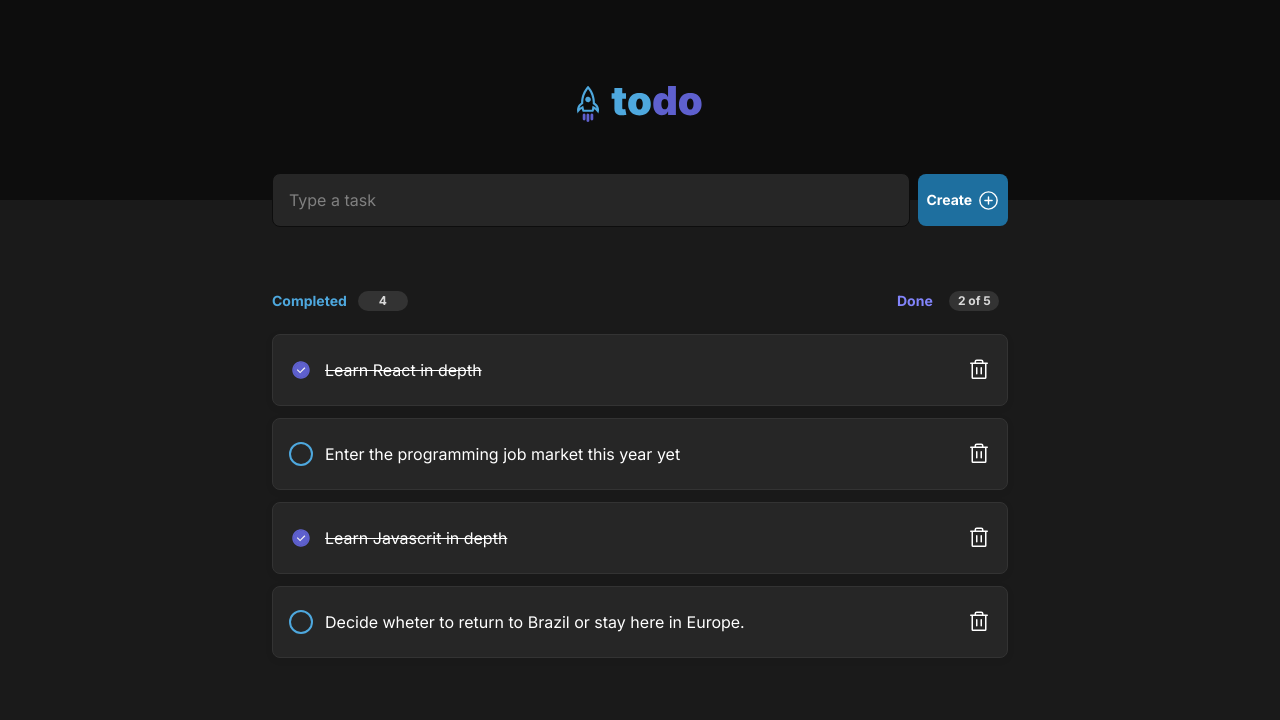
Repository: JoseGu1llardi/to-do-list-D01
Page: /
The author's editor kept a copy of each file at every save. The page is drawn from the files as they stood at one save, then again after the next save.
The browser window is 1280 px wide. The pictures show the whole page.
The project was rebuilt for these pictures with package versions that can differ from the ones it lists, and the page was loaded fresh each time. Requests to the local data server were answered from the project's data file. Also part of the build but not shown: vite.config.ts.

Above is the page before, as saved 2023-03-14 20:47:12.

### index.html
<!DOCTYPE html>
<html lang="en">
  <head>
    <meta charset="UTF-8" />

    <link rel="preconnect" href="https://fonts.googleapis.com" />
    <link rel="preconnect" href="https://fonts.gstatic.com" crossorigin />

    <link
      href="https://fonts.googleapis.com/css2?family=Inter:wght@400;700&display=swap"
      rel="stylesheet"
    />

    <link rel="icon" type="image/svg+xml" href="/vite.svg" />
    <meta name="viewport" content="width=device-width, initial-scale=1.0" />
    <title>Vite + React + TS</title>
  </head>
  <body>
    <div id="root"></div>
    <script type="module" src="/src/main.tsx"></script>
  </body>
</html>

### src/App.tsx
import { TaskProvider } from './contexts/TaskContext';

import { Header } from "./components/Header";
import { NewTaskForm } from './components/NewTaskForm';
import { TasksList } from "./components/TasksList";

import styles from './App.module.css';
import "./global.css";

function App() {
  return (
    <TaskProvider>
      <Header />

      <NewTaskForm />

      <div className={styles.tasksContainer}>
        <TasksList />
      </div>
    </TaskProvider>
  )
}

export default App

### src/contexts/TaskContext.tsx
import { useState, useEffect, createContext, ReactNode, Dispatch, SetStateAction } from 'react';

import api from '../services/api';

export interface TaskType {
    id: string;
    content: string;
    status: boolean;
}

interface TaskProviderProps {
    children: ReactNode;
}

interface TaskConstextData {
    tasks: TaskType[];
    setTasks: Dispatch<SetStateAction<TaskType[]>>
}

export const TaskContext = createContext({} as TaskConstextData);

export function TaskProvider({ children }: TaskProviderProps) {
    const [tasks, setTasks] = useState<TaskType[]>([]);

    useEffect(() => {
        api.get("/tasks")
            .then(({ data }) => setTasks(data))
    }, []);

    return (
        <TaskContext.Provider value={{ tasks, setTasks }}>
            {children}
        </TaskContext.Provider>
    )
}

### src/components/Header/index.tsx
import Logo from '../../assets/Logo (1).svg'

import styles from './styles.module.css';

export function Header() {
    return (
        <header className={styles.container}>
            <img src={Logo} />
        </header>
    )
}

### src/components/NewTaskForm/index.tsx
import { useState, useContext, FormEvent } from 'react';

import { v4 as uuidv4 } from 'uuid';

import api from '../../services/api';

import { TaskContext, TaskType } from '../../contexts/TaskContext';

import { PlusCircle } from '@phosphor-icons/react';

import styles from './styles.module.css';

export function NewTaskForm() {
    const [contentNewTask, setContentNewTask] = useState("");

    const { setTasks, tasks } = useContext(TaskContext);

    async function handleCreateNewTask(event: FormEvent) {
        event.preventDefault();

        try {
            if (contentNewTask !== "") {
                const res = await api.post("/tasks", { id: uuidv4(), content: contentNewTask, status: false });
                setTasks(state => [...state, res.data]);
            } else {
                alert("Enter a new task!");
            }

        } catch (err) {
            console.log(err);
        }
    }

    return (
        <form onSubmit={handleCreateNewTask} className={styles.newTaskContainer}>
            <input
                type="text"
                className={styles.input}
                placeholder='Type a task'
                value={contentNewTask}
                onChange={(e) => setContentNewTask(e.target.value)}
            />

            <button type='submit' className={styles.button}>
                <span>Create</span>
                <PlusCircle size={23} />
            </button>
        </form>
    )
}

### src/components/TasksList/index.tsx
import { useContext } from 'react';

import { TaskContext } from '../../contexts/TaskContext';

import { Task } from '../Task';

import Clipboard from '../../assets/Clipboard.svg';

import styles from './styles.module.css';

export function TasksList() {
    const { tasks } = useContext(TaskContext);

    return (
        <>
            <section className={styles.info}>

                <div className={styles.created}>
                    <span>Completed</span>
                    <div className={styles.counterCreated}>
                        <p>{tasks.length}</p>
                    </div>
                </div>

                <div className={styles.done}>
                    <span>Done</span>
                    <div className={styles.doneCreated}>
                        <span>2 of 5</span>
                    </div>
                </div>

            </section>

            {
                tasks.length === 0 ? (
                    <section className={styles.tasks}>
                        <img src={Clipboard} alt="" />
                        <strong>You don't have tasks registered yet!</strong>
                        <span>Create tasks and organize your to-do list</span>
                    </section>
                ) : (
                    <section className={styles.list}>
                        {
                            tasks.map((task) => (
                                <Task
                                    key={task.id}
                                    content={task.content}
                                    status={task.status}
                                    id={task.id} />
                            ))
                        }
                    </section>
                )
            }
        </>
    )
}

### src/App.module.css
.tasksContainer {
  display: flex;
  flex-direction: column;
  align-items: flex-start;
  padding: 0px;
  gap: 24px;

  position: absolute;
  width: 736px;
  height: 287px;
  left: calc(50% - 736px / 2);
  top: 291px;
}

### src/global.css
:root {
  // Base
  --gray-100: #f2f2f2;
  --gray-200: #d9d9d9;
  --gray-300: #808080;
  --gray-400: #333333;
  --gray-500: #262626;
  --gray-600: #1a1a1a;
  --gray-700: #0d0d0d;

  --danger: #e25858;

  // Product
  --purple: #8284fa;
  --dark-purple: #5e60ce;
  --blue: #4ea8de;
  --dark-blue: #1e6f9f;
}

* {
  margin: 0;
  padding: 0;
  box-sizing: border-box;
}

body {
  color: #fff;
  background: var(--gray-600);

  width: 100%;
  height: 100%;
  max-height: 1024px;
  position: relative;
}

body,
input,
textarea,
button {
  font-family: "Inter", sans-serif;
  font-weight: 400;
  font-size: 1rem;
}

### src/services/api.ts
import axios from 'axios';

const api = axios.create({
    baseURL: "http://localhost:3000"
});

export default api;

### src/components/Header/styles.module.css
.container {
  position: absolute;
  height: 12.5rem;
  max-width: 100%;
  left: 0;
  right: 0;
  top: 0;

  display: flex;
  align-items: center;
  justify-content: center;

  background: var(--gray-700);
}

.container img {
  position: absolute;
  width: 7.875rem;
  height: 3rem;
}

### src/components/NewTaskForm/styles.module.css
.newTaskContainer {
  display: flex;
  flex-direction: row;
  align-items: center;
  padding: 0px;
  gap: 8px;

  position: absolute;
  width: 46rem;
  height: 3.375rem;
  left: calc(50% - 736px / 2);
  top: 10.8125rem;
}

.input {
  box-sizing: border-box;

  display: flex;
  flex-direction: row;
  align-items: center;
  padding: 16px;
  gap: 8px;

  width: 638px;
  height: 54px;

  background: var(--gray-500);
  color: #fff;

  border: 1px solid var(--gray-700);
  border-radius: 8px;

  flex: none;
  order: 0;
  flex-grow: 1;
}

.input:focus {
  outline: transparent;
  box-shadow: 0 0 0 2px var(--dark-purple);
}

.input::placeholder {
  color: var(--gray-300);
}

.button {
  width: 90px;
  height: 52px;

  display: flex;
  flex-direction: row;
  align-items: center;
  justify-content: center;
  gap: 16px;

  border: 0;
  border-radius: 8px;

  background: var(--dark-blue);
  color: white;

  cursor: pointer;

  transition: filter 0.2s;
}

.button span {
  width: 34px;
  height: 20px;

  font-weight: 700;
  font-size: 14px;
  line-height: 140%;

  color: var(--gray-100);

  flex: none;
  order: 0;
  flex-grow: 0;
}

.button img {
  width: 16px;
  height: 16px;

  flex: none;
  order: 1;
  flex-grow: 0;
}

.button:hover {
  background: var(--blue);
  filter: brightness(0.8);
}

### src/components/Task/index.tsx
import { useState, useContext, ChangeEvent } from 'react';

import api from '../../services/api';

import { TaskContext } from '../../contexts/TaskContext';

import { Trash } from '@phosphor-icons/react'

import styles from './styles.module.css';

interface TasksProps {
    id: string;
    content: string;
    status: boolean;
}[]

export function Task({ content, status, id }: TasksProps) {
    const [isChecked, setIsChecked] = useState(status);

    async function changeTaskStatus(event: ChangeEvent<HTMLInputElement>) {
        const response = await api.patch(`/tasks/${id}`, {
            status: event.target.checked
        });

        setIsChecked(response.data.status);
    }

    return (
        <section className={styles.task}>
            <div>
                <input
                    id='checked'
                    type="checkbox"
                    checked={isChecked}
                    onChange={changeTaskStatus}
                />
                <span
                    className={isChecked ? styles.isChecked : ''}
                >
                    {content}
                </span>
            </div>
            <Trash size={20} />
        </section>
    )
}

### src/components/TasksList/styles.module.css
.info {
  display: flex;
  flex-direction: row;
  justify-content: space-between;
  align-items: flex-end;
  padding: 0px;

  width: 736px;
  height: 19px;

  flex: none;
  order: 0;
  align-self: stretch;
  flex-grow: 0;
}

.created {
  display: flex;
  flex-direction: row;
  align-items: center;
  padding: 0px;
  gap: 8px;

  width: 139px;
  height: 19px;

  order: 0;
  flex-grow: 0;
}

.created span {
  font-family: "Inter";
  font-style: normal;
  font-weight: 700;
  font-size: 14px;
  line-height: 17px;

  color: var(--blue);

  flex: none;
  order: 0;
  flex-grow: 0;
}

.counterCreated {
  display: flex;
  flex-direction: row;
  justify-content: center;
  align-items: center;
  padding: 2px 8px;
  gap: 10px;
  margin: 0 auto;

  width: 50px;
  height: 20px;

  background: #333333;
  border-radius: 999px;

  order: 1;
  flex-grow: 0;
}

.counterCreated p {
  display: flex;
  flex-direction: row;
  font-style: normal;
  font-weight: 700;
  font-size: 12px;
  line-height: 15px;

  color: var(--gray-200);
}

.done {
  display: flex;
  box-sizing: border-box;
  flex-direction: row;
  align-items: center;
  padding: 0px;
  gap: 8px;

  width: 111px;
  height: 19px;

  order: 1;
  flex-grow: 0;
}

.done span {
  font-family: "Inter";
  font-style: normal;
  font-weight: 700;
  font-size: 14px;
  line-height: 17px;

  color: #8284fa;

  flex: none;
  order: 0;
  flex-grow: 0;
}

.doneCreated {
  display: flex;
  flex-direction: row;
  justify-content: center;
  box-sizing: border-box;
  align-items: center;
  padding: 2px 8px;
  gap: 10px;
  margin: 0 auto;

  width: 50px;
  height: 20px;

  background: #333333;
  border-radius: 999px;

  order: 1;
  flex-grow: 0;
}

.doneCreated span {
  display: flex;
  flex-direction: row;
  font-style: normal;
  font-weight: 700;
  font-size: 12px;
  line-height: 15px;

  color: var(--gray-200);
}

.tasks {
  box-sizing: border-box;

  display: flex;
  flex-direction: column;
  justify-content: center;
  align-items: center;
  padding: 64px 24px;
  gap: 16px;

  width: 736px;
  height: 244px;

  border-top: 1px solid #333333;
  border-radius: 8px;

  flex: none;
  order: 1;
  align-self: stretch;
  flex-grow: 0;
}

.tasks img {
  width: 56px;
  height: 56px;

  flex: none;
  order: 0;
  flex-grow: 0;
}

.tasks strong {
  display: block;
  font-style: normal;
  font-weight: 700;
  font-size: 16px;

  text-align: center;

  color: var(--gray-300);

  flex: none;
  align-self: stretch;
  flex-grow: 0;
}

.tasks span {
  font-style: normal;
  font-weight: 300;
  font-size: 16px;

  color: var(--gray-300);
}

.list {
  display: flex;
  flex-direction: column;
  align-items: flex-start;
  padding: 0px;
  gap: 12px;

  width: 736px;
  height: 382px;

  /* Inside auto layout */

  flex: none;
  order: 1;
  flex-grow: 0;
}

### src/components/Task/styles.module.css
.task {
  box-sizing: border-box;

  display: flex;
  flex-direction: row;
  align-items: center;
  flex-direction: row;
  justify-content: space-between;
  padding: 16px;
  gap: 12px;

  width: 736px;
  height: 72px;

  /* Gray 500 */

  background: #262626;
  /* Gray 400 */

  border: 1px solid #333333;
  box-shadow: 0px 2px 8px rgba(0, 0, 0, 0.06);
  border-radius: 8px;

  flex: none;
  order: 0;
  align-self: stretch;
  flex-grow: 0;
}

.task div {
  display: flex;
  flex-direction: row;
  align-items: center;
  flex-direction: row;
  gap: 12px;
}

.isChecked {
  text-decoration: line-through;
}

.task input[type="checkbox"] {
  -webkit-appearance: none;
  -moz-appearance: none;

  width: 24px;
  height: 24px;

  border: 2px solid var(--blue);
  border-radius: 50%;
  outline: none;

  background-color: transparent;
  background-position: center;
  background-repeat: no-repeat;

  cursor: pointer;

  flex: none;
  order: 0;
  flex-grow: 0;
}

.task input[type="checkbox"]:checked {
  width: 24px;
  height: 24px;

  transition-duration: all 1s ease;

  border: none;
  background-image: url("./../../assets/Layer 1.svg");
}

.task svg {
  display: flex;
  float: right;
  width: 24px;
  height: 24px;

  border-radius: 4px;

  flex: none;
  order: 2;
  flex-grow: 0;
}

.task svg:hover {
  background: #333333;
  border-radius: 4px;

  color: var(--danger);

  flex: none;
  order: 1;
  flex-grow: 0;

  cursor: pointer;
}

### src/db.json
{
  "tasks": [
    {
      "id": "1",
      "content": "Learn React in depth",
      "status": true
    },
    {
      "id": "2",
      "content": "Enter the programming job market this year yet",
      "status": false
    },
    {
      "id": "3",
      "content": "Learn Javascrit in depth",
      "status": true
    },
    {
      "id": "4",
      "content": "Decide wheter to return to Brazil or stay here in Europe.",
      "status": false
    }
  ]
}

Loaded but not shown: src/main.tsx (common file)

After the next save:
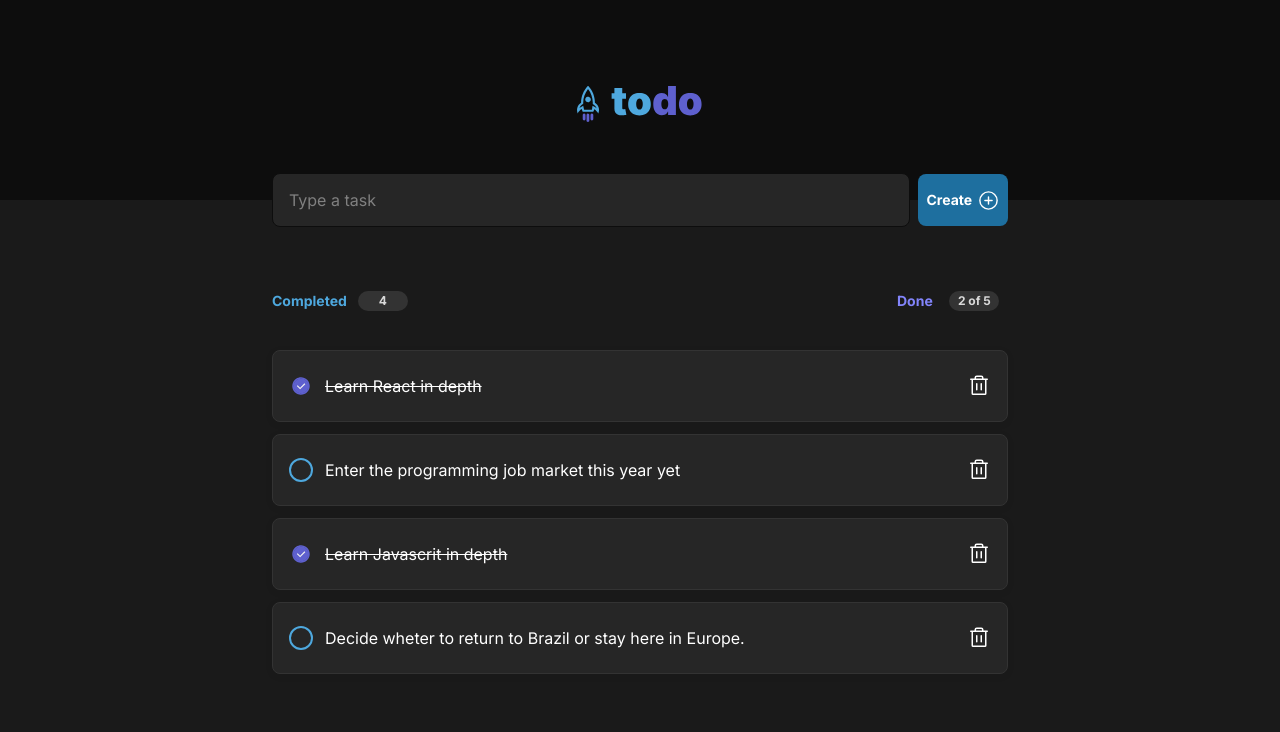
Saved 19 s later.
--- a/src/components/TasksList/styles.module.css
+++ b/src/components/TasksList/styles.module.css
@@ -4,6 +4,7 @@
   justify-content: space-between;
   align-items: flex-end;
   padding: 0px;
+  margin-bottom: 1rem;
 
   width: 736px;
   height: 19px;

After the save that followed:
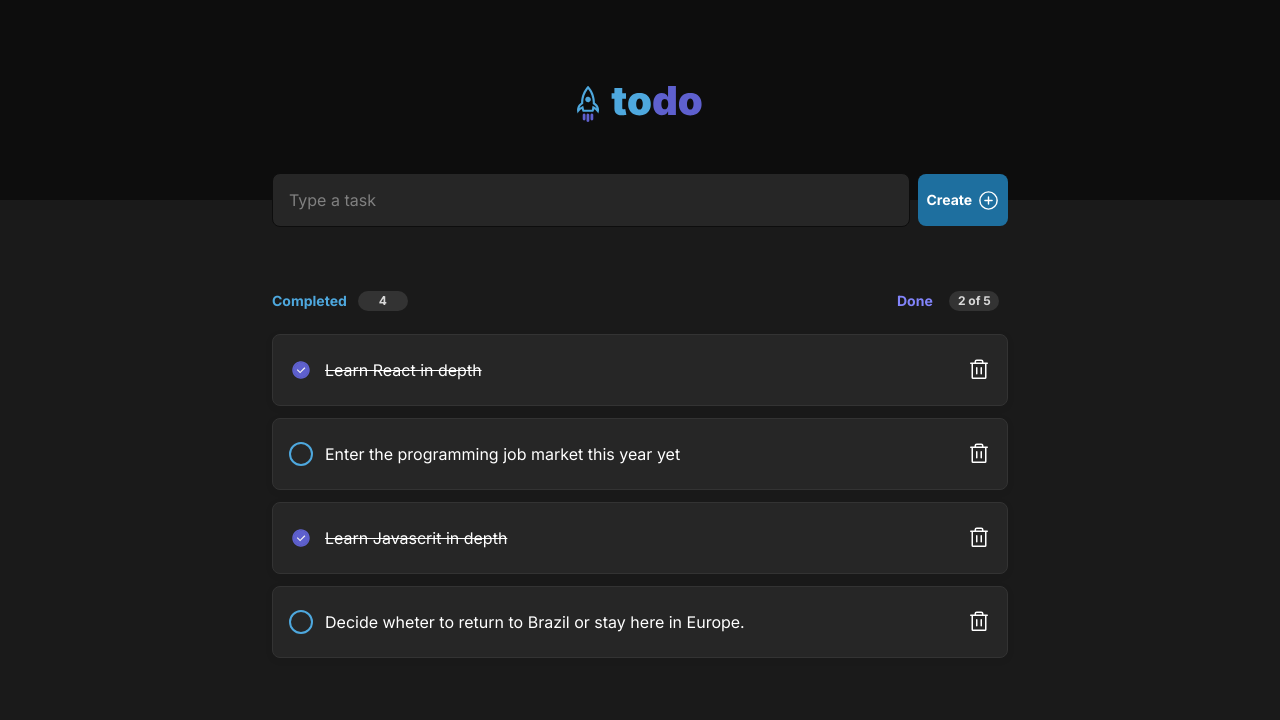
Saved 38 s later.
--- a/src/components/TasksList/styles.module.css
+++ b/src/components/TasksList/styles.module.css
@@ -4,7 +4,6 @@
   justify-content: space-between;
   align-items: flex-end;
   padding: 0px;
-  margin-bottom: 1rem;
 
   width: 736px;
   height: 19px;
